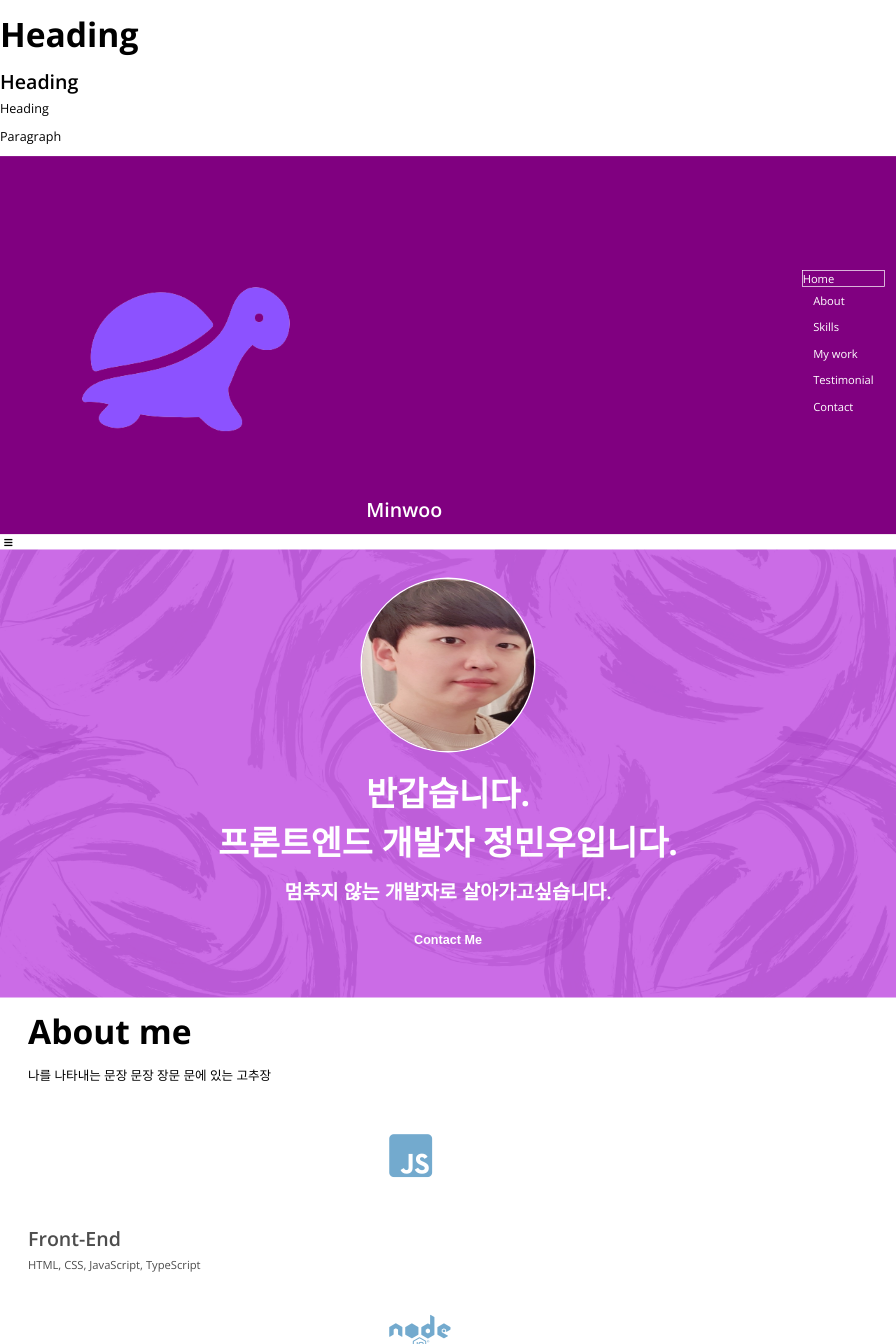
Repository: DevMinwoo-Jung/MinwooPortfolio
Page: index.html
An editor plug-in stored every save of this project. The page is shown before and after the next save, followed by the edit.
The browser window is 1280 px wide. The pictures show the part of the page from y = 0 to 1920 px (the page is 6200 px tall), at 70% of full size.

Above is the page before, as saved 2021-06-01 11:14:09.

After the next save:
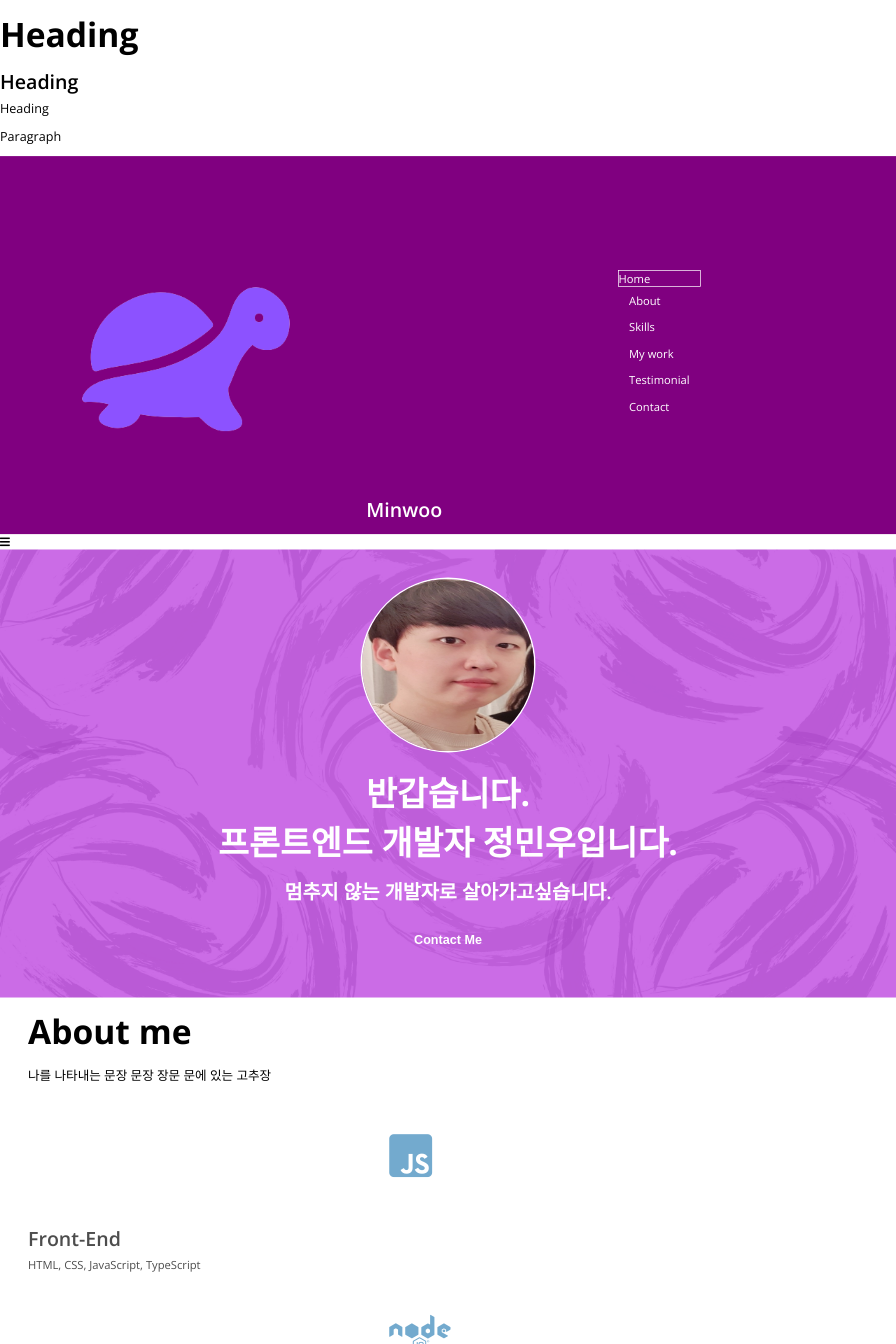
Saved 44 s later.
--- a/index.html
+++ b/index.html
@@ -33,10 +33,11 @@
         <li class="navbar__menu__item">Testimonial</li>
         <li class="navbar__menu__item">Contact</li>
       </ul>
+  <!-- Toggle Button -->
+      <button class="navbar__toggle-btn">
   </nav>
 
-  <!-- Toggle Button -->
-  <button class="navbar__toggle-btn">
+
     <i class="fas fa-bars"></i>
   </button>
   <!-- Home -->
